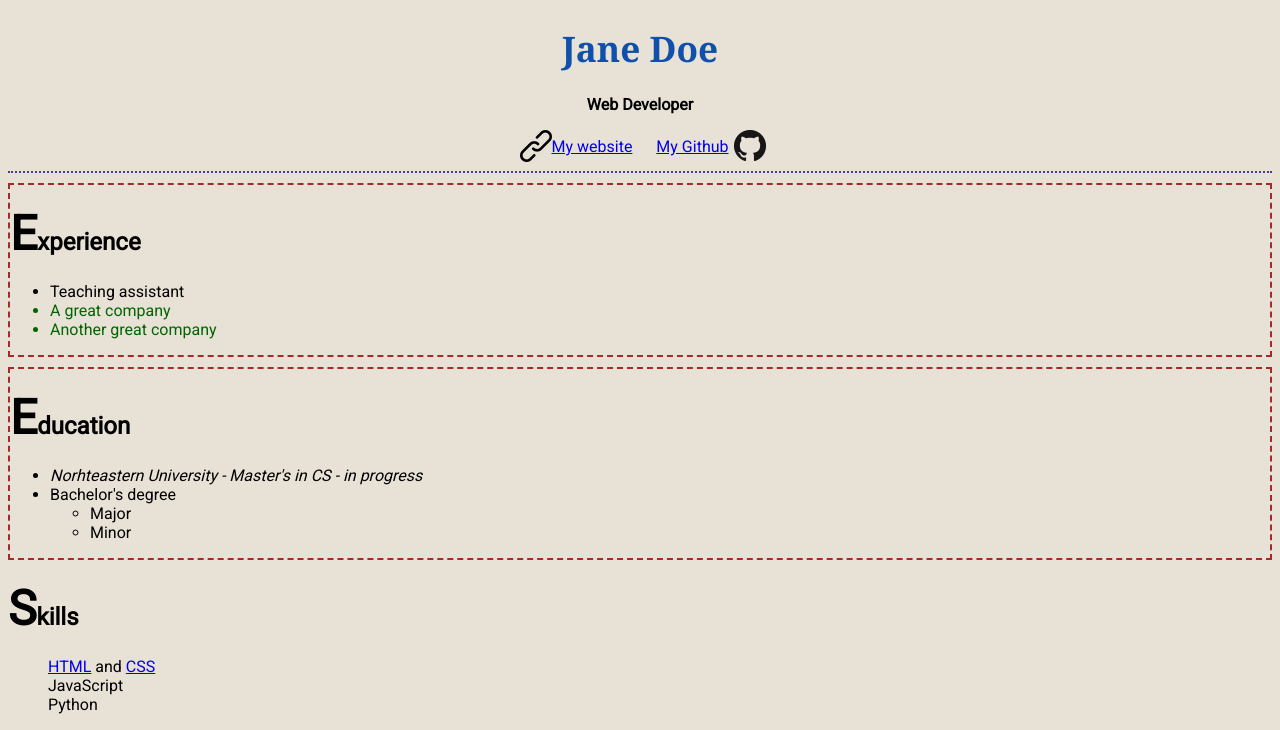
Repository: liulian26/CS5610
Page: Lab2/index.html
An editor plug-in stored every save of this project. The page is shown before and after the next save, followed by the edit.
The browser window is 1280 px wide. The pictures show the whole page.

Above is the page before, as saved 2025-01-23 21:53:44.

### Lab2/index.html
<!DOCTYPE html>
<html lang="en">
  <head>
    <meta charset="UTF-8" />
    <title>My Resume</title>
    <link rel="stylesheet" href="css/styles.css" />
  </head>

  <body>
    <header>
      <h1>Jane Doe</h1>
      <p id="role">Web Developer</p>
      <a href="https://Northeastern.edu">My website</a>
      <a href="https://github.com">My Github</a>
    </header>

    <main>
      <section class="experience">
        <h2>Experience</h2>
        <ul>
          <li>Teaching assistant</li>
          <li>A great company</li>
          <li>Another great company</li>
        </ul>
      </section>


      <section class="education">
        <h2>Education</h2>
        <ul class="education-list">
          <li>Norhteastern University - Master's in CS - in progress</li>
          <li>
            Bachelor's degree
            <ul>
              <li>Major</li>
              <li>Minor</li>
            </ul>
          </li>
        </ul>
      </section>

      <section class="skills">
        <h2>Skills</h2>
        <ul>
          <li>
            <a href="https://en.wikipedia.org/wiki/HTML"> HTML</a> and
            <a href="https://en.wikipedia.org/wiki/CSS">CSS </a>
          </li>
          <li>JavaScript</li>
          <li>Python</li>
        </ul>
      </section>
    </main>
  </body>
</html>

### Lab2/css/styles.css
@import url('https://fonts.googleapis.com/css2?family=Roboto:wght@400&display=swap');

header {
    text-align: center;
    border-bottom: 2px dotted darkslateblue;
    padding-bottom: 5px;

}

#role {
    font-weight: bold;
}

h1 {
    color: #1050aa;
    font-family: Georgia, 'Times New Roman', Times, serif;
    font-size: 2.2em;
}


body {
    background-color: rgb(231, 225, 214);
    font-family: 'Roboto', sans-serif;
}

.experience {
    border: 2px dashed brown;
    margin: 10px 0;
}

.education {
    border: 2px dashed brown;
    margin: 10px 0;
}

a[href*="github"]:hover {
    color: crimson;
}

a[href*="github"]::after {
    content: url(../images/GitHub-Mark-32px.png);
    margin-left: 5px;
    vertical-align: middle;
}

h2::first-letter {
    font-size: 3rem;
}

header a:nth-of-type(2) {
    margin-left: 20px;
}


.education .education-list > li:first-child {
    font-style: italic;
  }

  .skills li {
    list-style-type: none;
  }

.experience > ul > li~li {
    color: darkgreen;
}

a[href$=".edu"]::before {
    content: url(../images/link.png);
    margin-left: 5px;
    vertical-align: middle;
}

After the next save:
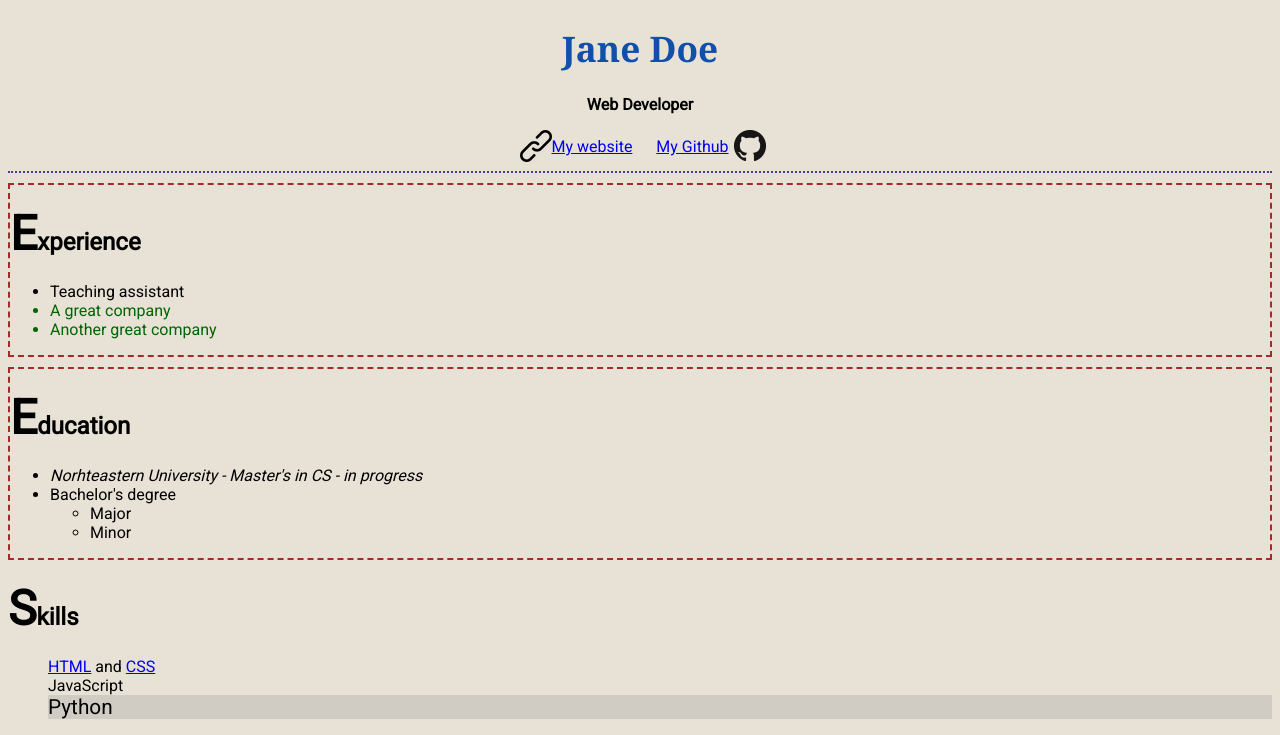
Saved 31 min 19 s later.
--- a/Lab2/css/styles.css
+++ b/Lab2/css/styles.css
@@ -69,3 +69,8 @@ a[href$=".edu"]::before {
     margin-left: 5px;
     vertical-align: middle;
 }
+
+.skills li:last-child {
+    font-size: 1.3rem;
+    background-color: rgba(120, 120, 120, 0.2);
+}
